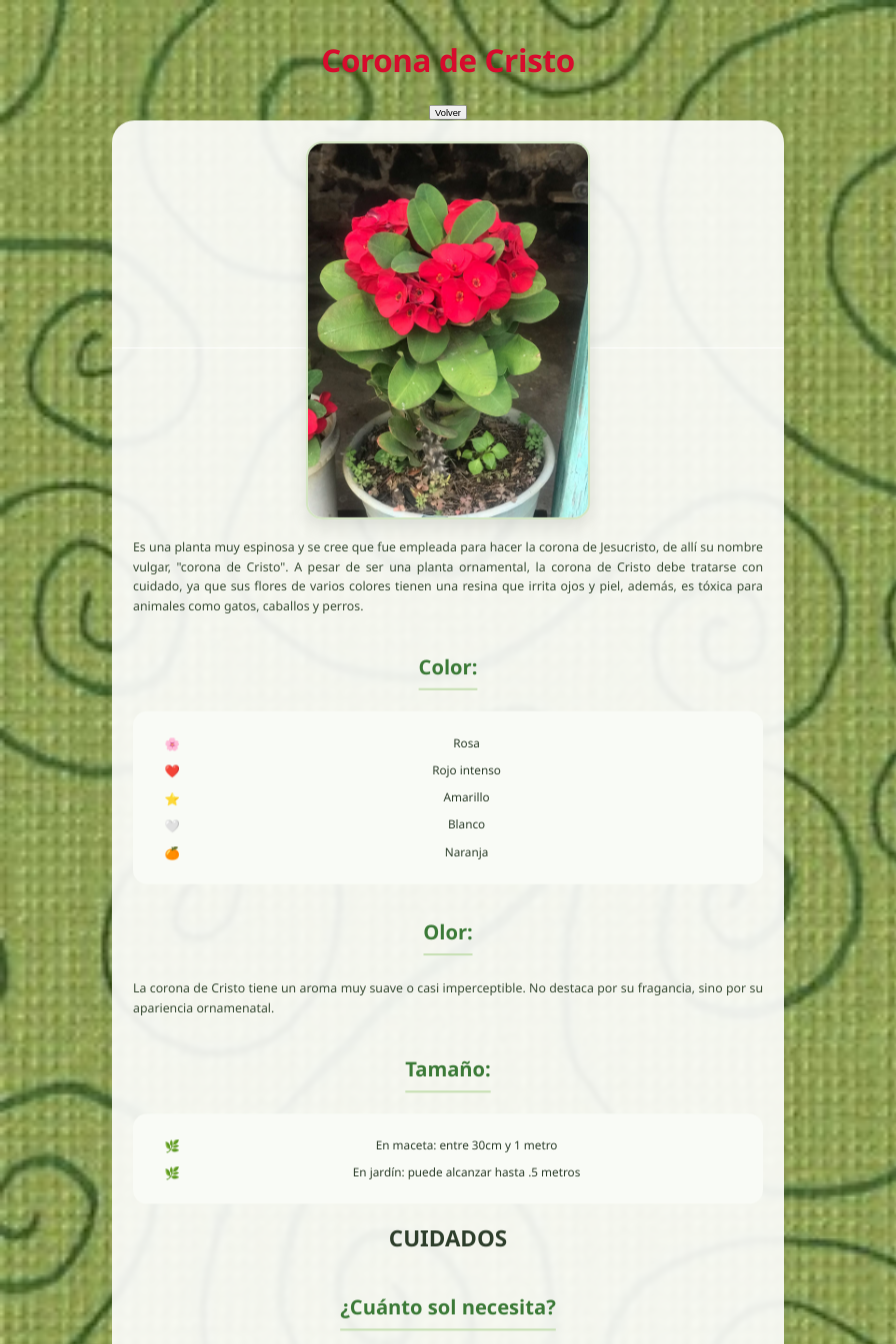
Repository: carrascokarencb37-afk/Nuura
Page: html/guiaPlant/planta1.html
These files come from the project's save history. The page is drawn as it stood at one moment and after the next save; the edit follows.
The browser window is 1280 px wide. The pictures show the part of the page from y = 0 to 1920 px (the page is 3468 px tall before and 3500 px after), at 70% of full size.

Above is the page before, as saved 2026-05-22 23:19:19.

After the next save:
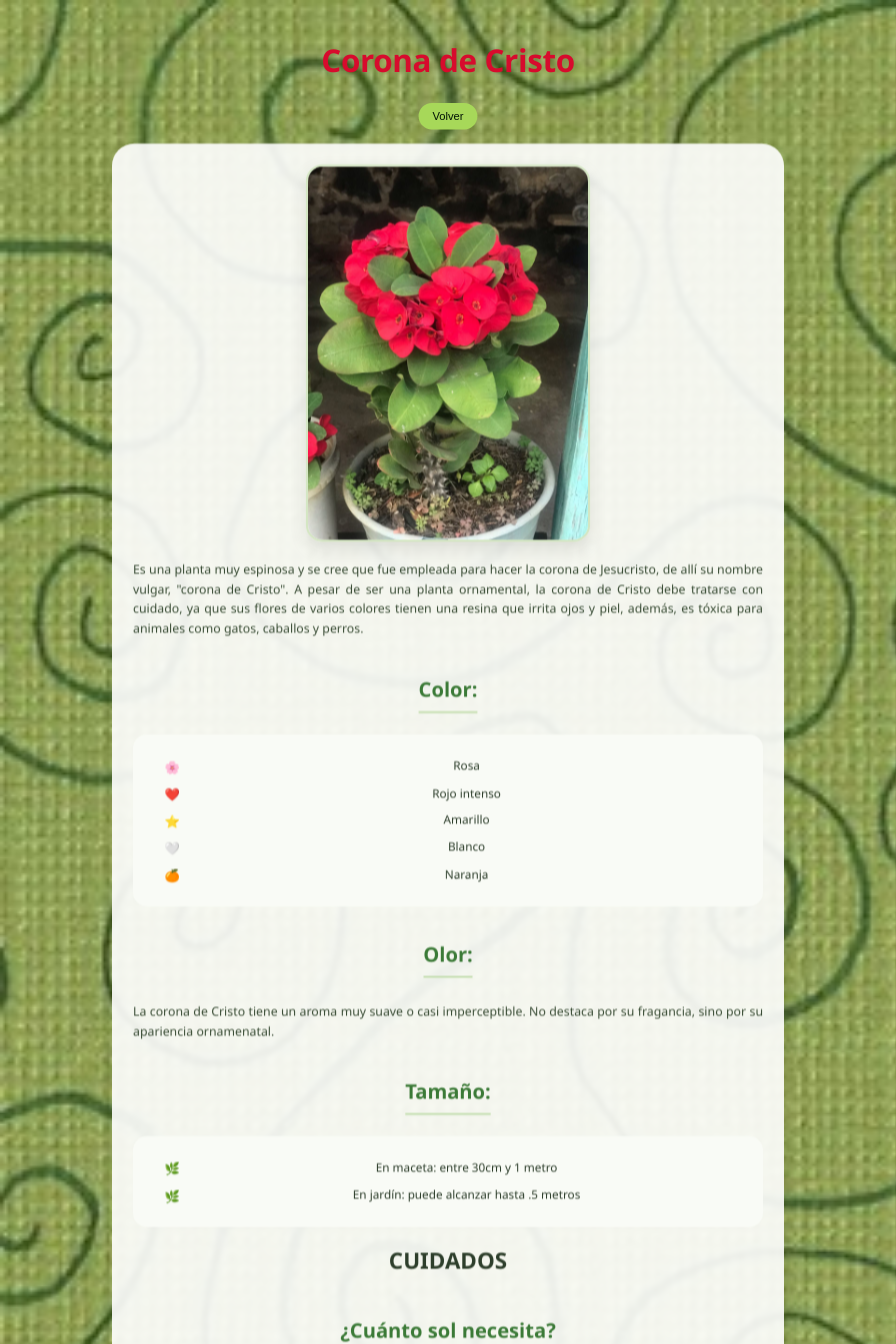
Saved 68 s later.
--- a/css/guiasPlant.css
+++ b/css/guiasPlant.css
@@ -19,7 +19,20 @@ body {
     padding: 20px;
     min-height: 100vh;
 }
-
+.volver{
+    border-radius: 20px;
+    background-color: #a7d859;
+    color: #021405;
+    border: none;
+    padding: 10px 20px;
+    font-size: 1rem;
+    cursor: pointer;
+    margin-bottom: 20px;
+    transition: background-color 0.3s ease;
+}
+.volver:hover {
+    background-color: #8cc14c;
+}
 /* Contenedor principal */
 .container {
     max-width: 900px;
